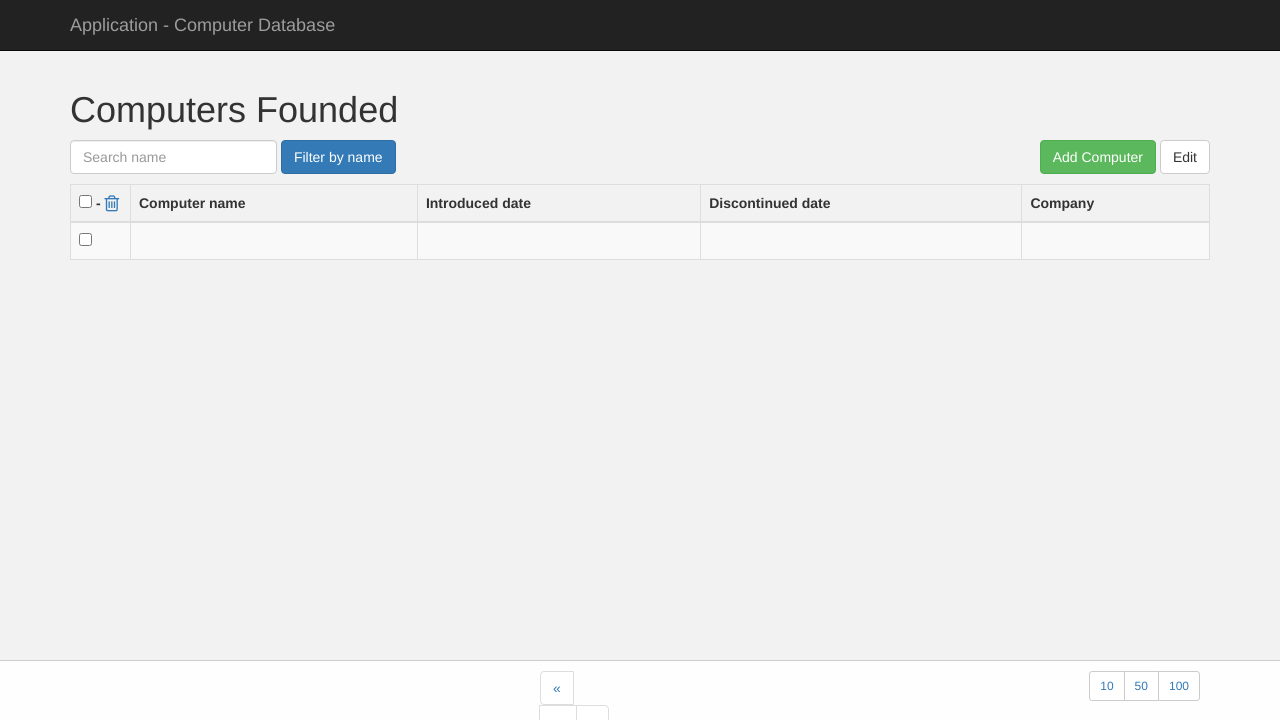
Repository: saadbenda/computer-database
Page: http://localhost/computer-database/WEB-INF/views/dashboard.jsp
An editor plug-in stored every save of this project. The page is shown before and after the next save, followed by the edit.
The browser window is 1280 px wide. The pictures show the whole page.
The page is served by Tomcat 9. Nobody is signed in. The template is opened directly, without the code that normally fills it, so the values that code supplies are empty.

Above is the page before, as saved 2020-06-15 09:59:13.

After the next save:
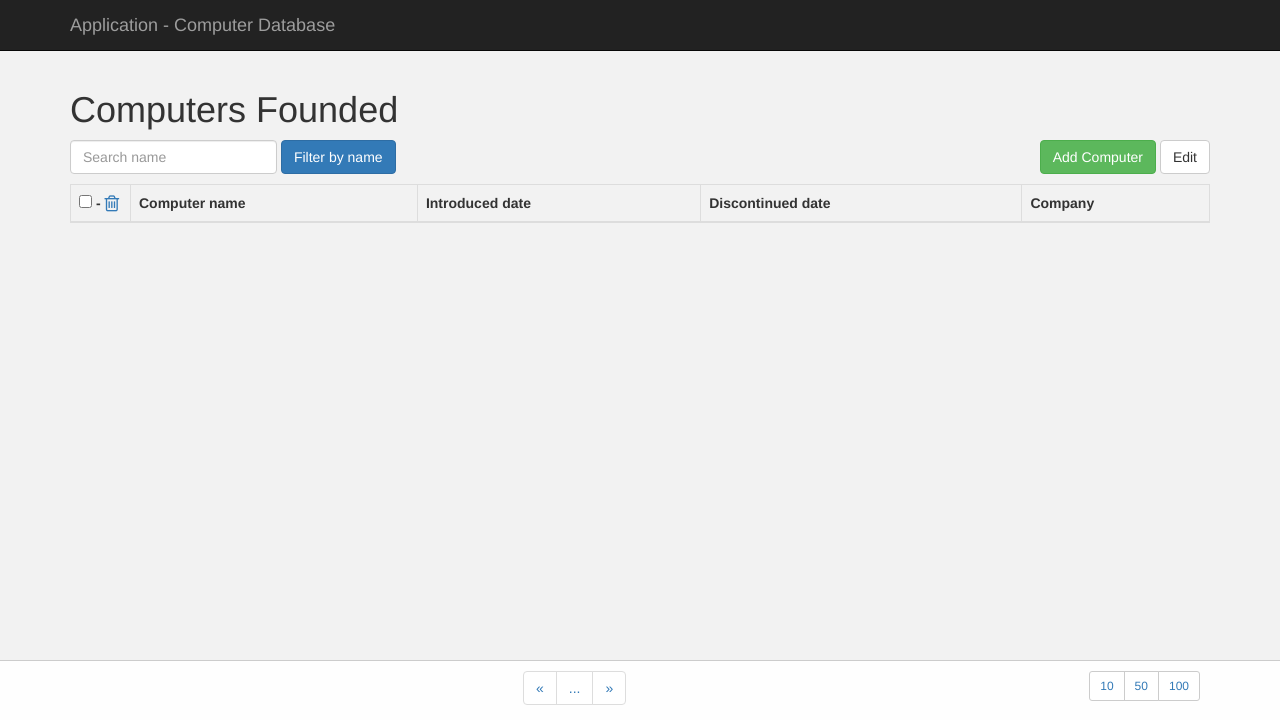
Saved 52 s later.
--- a/computer-database/src/main/webapp/WEB-INF/views/dashboard.jsp
+++ b/computer-database/src/main/webapp/WEB-INF/views/dashboard.jsp
@@ -1,3 +1,7 @@
+<%@page language="java" contentType="text/html; charset=UTF-8" pageEncoding="UTF-8"%>
+<%@ page isELIgnored="false" %>
+<%@taglib prefix="c"   uri="http://java.sun.com/jsp/jstl/core" %>
+<%@ taglib prefix="fn" uri="http://java.sun.com/jsp/jstl/functions"%>
 <!DOCTYPE html>
 <html>
 <head>
